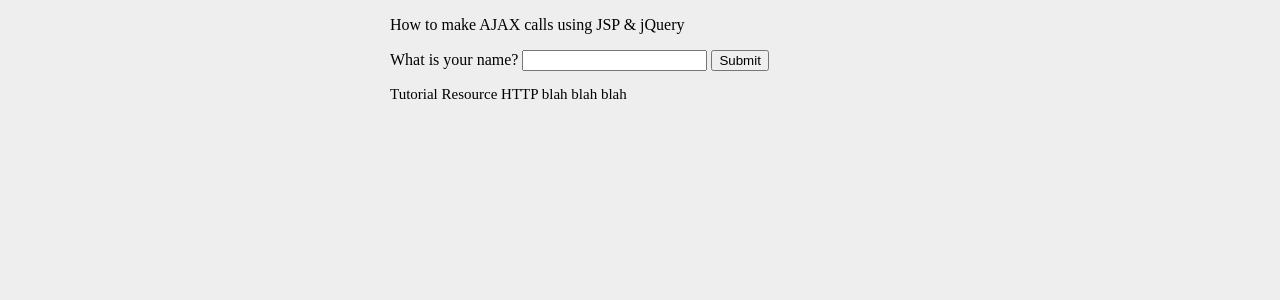
Repository: WillLiang918/Portfolio
Page: http://localhost/Task_Manager/
These files come from the project's save history. The page is drawn as it stood at one moment and after the next save; the edit follows.
The browser window is 1280 px wide. The pictures show the whole page.
The page is served by Tomcat 9. Other server files are loaded and not shown.

Above is the page before, as saved 2015-07-22 02:49:30.

### Task_Manager/WebContent/index.jsp
<%@ page language="java" contentType="text/html" pageEncoding="UTF-8"%>
<!DOCTYPE html>
<html>
<head>
<meta charset="utf-8">
<title>JSP AJAX Form</title>
<script src="javascript/jquery-2.1.4.js"></script>
<script src="javascript/basic.js"></script>
<link rel="stylesheet" href="css/basic.css" type="text/css" media="screen" />
</head>
<body>
	<p class="Large">How to make AJAX calls using JSP & jQuery</p>
	<form id="updateUsername">
		<label for="username">What is your name?</label>
		<input type="text" id="username" name="username" />
		<input type="submit" />
	</form>
	<p id="displayName" />
	<br>
	<p class="small">Tutorial Resource HTTP blah blah blah</p>
</body>
</html>

### Task_Manager/WebContent/javascript/basic.js
/**
 *
 */

$(document).ready(function(){
	$('#updateUsername').submit(function(){
		$.ajax({
			url: 'update',
			type: 'POST',
			dataType: 'json',
			data: $('#updateUsername').serialize(),
			success: function(data){
				if(data.isValid){
					$('#displayName').html('Your name is: ' + data.username);
					$('#displayName').slideDown(500);
				}
				else {
					alert('Please enter a valid username!')
				}
			}
		});
		return false;
	});
});

### Task_Manager/WebContent/css/basic.css
@CHARSET "UTF-8";

body {
	margin: 0px auto;
	width: 500px;
	background-color: #EEEEEE;
}

p.large{
	font-size:20px
}

p.small{
	font-size:15px;
}

p#displayName {
	display: none;
}

Loaded but not shown: Task_Manager/WebContent/javascript/jquery-2.1.4.js (library)

After the next save:
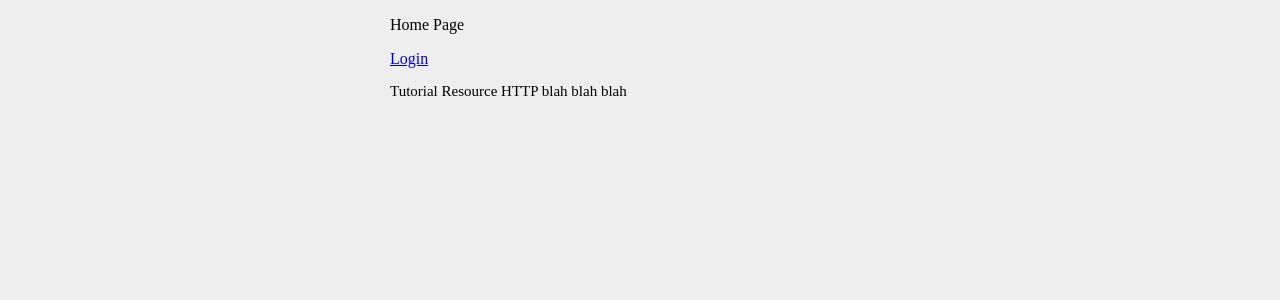
Saved 3 min 57 s later.
--- a/Task_Manager/WebContent/index.jsp
+++ b/Task_Manager/WebContent/index.jsp
@@ -9,12 +9,9 @@
 <link rel="stylesheet" href="css/basic.css" type="text/css" media="screen" />
 </head>
 <body>
-	<p class="Large">How to make AJAX calls using JSP & jQuery</p>
-	<form id="updateUsername">
-		<label for="username">What is your name?</label>
-		<input type="text" id="username" name="username" />
-		<input type="submit" />
-	</form>
+	<p class="Large">Home Page</p>
+	<a href="login.html">Login</a>
+
 	<p id="displayName" />
 	<br>
 	<p class="small">Tutorial Resource HTTP blah blah blah</p>
